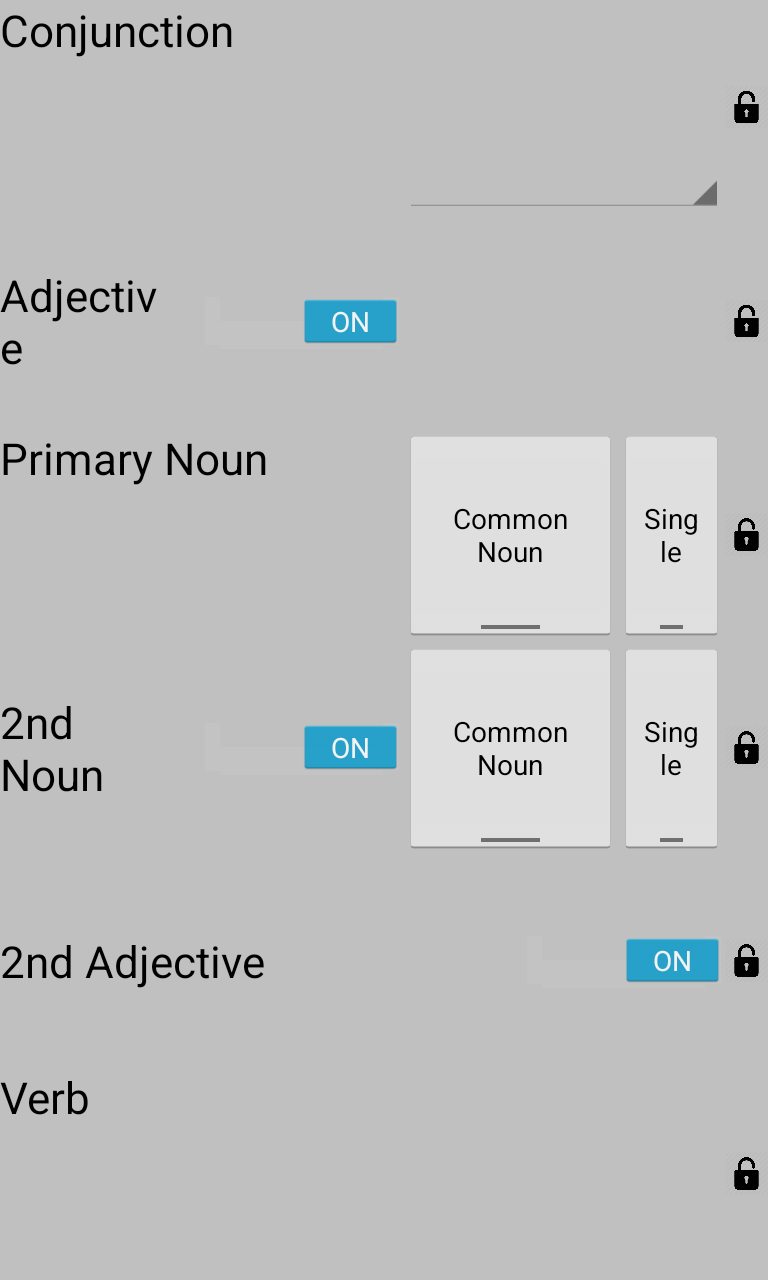
Repository: TheDizzler/TableTopTools
Layout: RPGTools/res/layout/fragment_cause_controls.xml
An editor plug-in stored every save of this project. The layout is shown before and after the next save, followed by the edit.
It is drawn on a 768 x 1280 px phone screen (xhdpi) without system bars, with theme AppTheme; the app's code is not run.

Above is the layout before, as saved 2017-03-22 09:36:22.

After the next save:
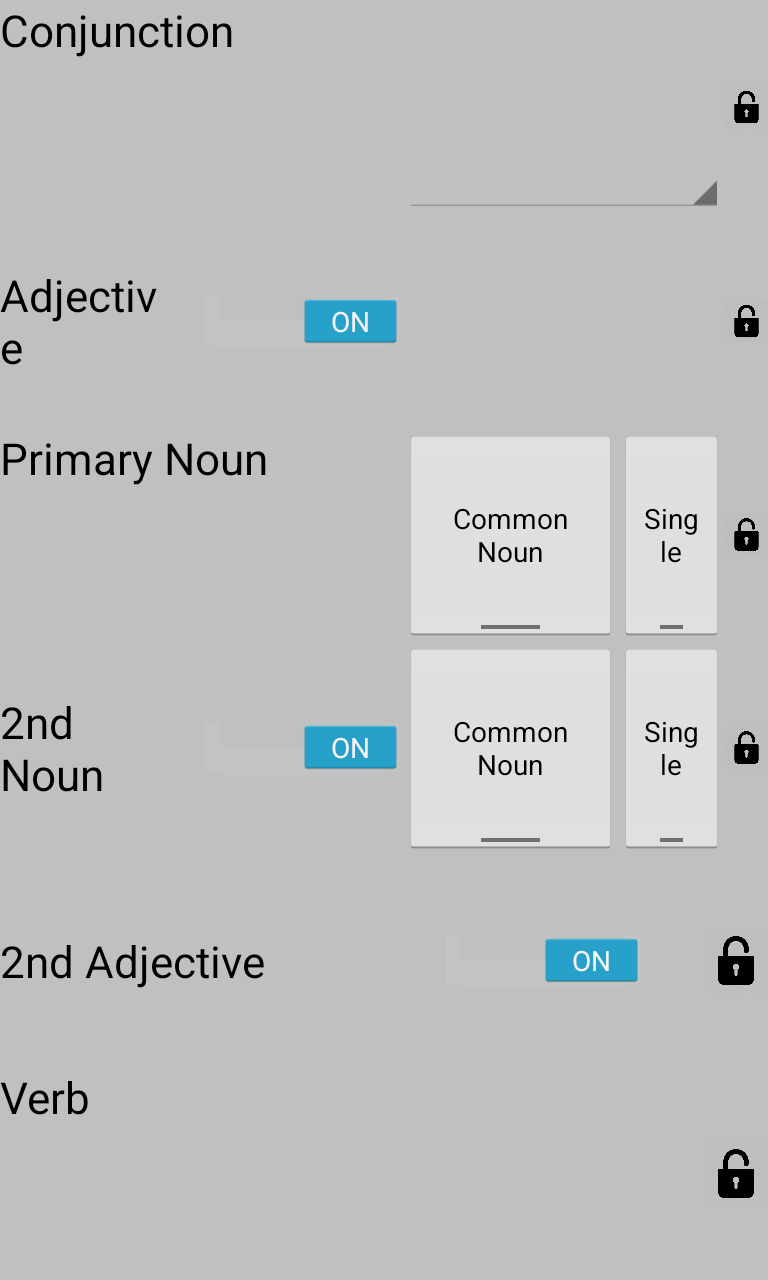
Saved 46 s later.
--- a/RPGTools/res/layout/fragment_cause_controls.xml
+++ b/RPGTools/res/layout/fragment_cause_controls.xml
@@ -188,6 +188,21 @@
             android:text="2nd Adjective"
             android:textAppearance="?android:attr/textAppearanceLarge" />
 
+        <Spinner
+            android:id="@+id/spacer3"
+            android:layout_width="wrap_content"
+            android:layout_height="match_parent"
+            android:visibility="invisible"
+            android:layout_span="1"
+            android:layout_weight="1" />
+
+        <Spinner
+            android:id="@+id/spacer4"
+            android:layout_width="wrap_content"
+            android:layout_height="match_parent"
+            android:visibility="invisible"
+            android:layout_span="1"
+            android:layout_weight="1" />
         <ImageView
             android:id="@+id/lockBtn_secondaryAdjective"
             android:layout_width="32dp"
@@ -213,6 +228,22 @@
             android:text="Verb"
             android:textAppearance="?android:attr/textAppearanceLarge" />
 
+        <Spinner
+            android:id="@+id/spacer5"
+            android:layout_width="wrap_content"
+            android:layout_height="match_parent"
+            android:visibility="invisible"
+            android:layout_span="1"
+            android:layout_weight="1" />
+
+        <Spinner
+            android:id="@+id/spacer6"
+            android:layout_width="wrap_content"
+            android:layout_height="match_parent"
+            android:visibility="invisible"
+            android:layout_span="1"
+            android:layout_weight="1" />
+
         <ImageView
             android:id="@+id/lockBtn_causeVerb"
             android:layout_width="32dp"
